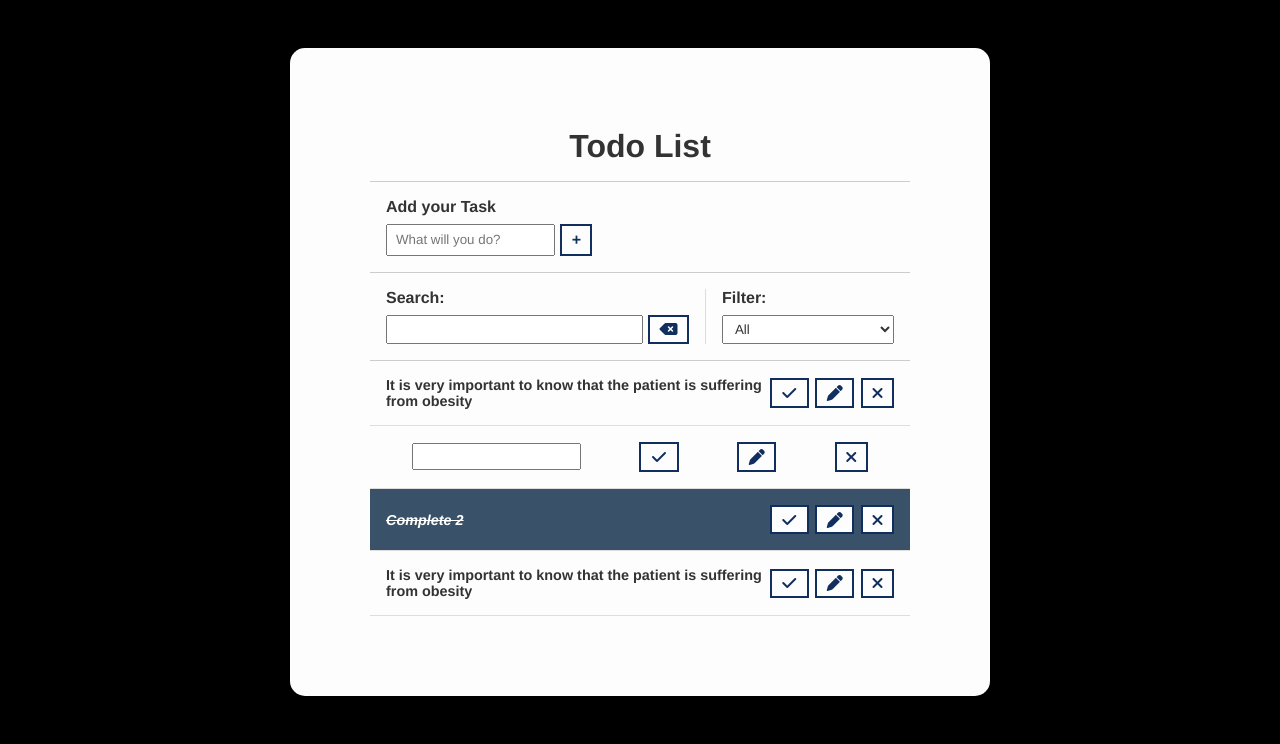
Repository: bek77g/todoList-vanillaJS
Page: index.html
The author's editor kept a copy of each file at every save. The page is drawn from the files as they stood at one save, then again after the next save.
The browser window is 1280 px wide. The pictures show the whole page.
Some web libraries are served in a nearby version.

Above is the page before, as saved 2023-01-23 20:29:03.

### index.html
<!DOCTYPE html>
<html lang="en">
  <head>
    <meta charset="UTF-8" />
    <meta http-equiv="X-UA-Compatible" content="IE=edge" />
    <meta name="viewport" content="width=device-width, initial-scale=1.0" />
    <title>TodoList JS</title>
    <link rel="stylesheet" href="src/css/style.css" />
  </head>
  <body>
    <link
      rel="stylesheet"
      href="https://cdnjs.cloudflare.com/ajax/libs/font-awesome/6.1.2/css/all.min.css"
      integrity="sha512-1sCRPdkRXhBV2PBLUdRb4tMg1w2YPf37qatUFeS7zlBy7jJI8Lf4VHwWfZZfpXtYSLy85pkm9GaYVYMfw5BC1A=="
      crossorigin="anonymous"
      referrerpolicy="no-referrer"
    />
    <div class="todo-container">
      <header>
        <h1>Todo List</h1>
      </header>
      <form id="todo-form">
        <p>Add your Task</p>
        <div class="form-control">
          <input type="text" id="todo-input" placeholder="What will you do?" />
          <button type="submit">
            <i class="fa-thin fa-plus"></i>
          </button>
        </div>
      </form>
      <div id="toolbar">
        <div id="search">
          <h4>Search:</h4>
          <form>
            <input type="text" id="search-input" />
            <button id="erase-button">
              <i class="fa-solid fa-delete-left"></i>
            </button>
          </form>
        </div>
        <div id="filter">
          <h4>Filter:</h4>
          <select id="filter-select">
            <option value="all">All</option>
            <option value="done">Done</option>
            <option value="todo">Todo</option>
          </select>
        </div>
      </div>
      <div id="todo-list">
        <!-- <div class="todo done">
          <h3>
            It is very important to know that the patient is suffering from
            obesity
          </h3>
          <button class="finish-todo">
            <i class="fa-solid fa-check"></i>
          </button>
          <button class="edit-todo">
            <i class="fa-solid fa-pen"></i>
          </button>
          <button class="remove-todo">
            <i class="fa-solid fa-xmark"></i>
          </button>
        </div> -->
      </div>
    </div>
    <script src="src/js/app.js"></script>
  </body>
</html>

### src/css/style.css
/*geral*/
* {
  padding: 0;
  margin: 0;
  font-family: Helvetica;
  color: #333;
  box-sizing: border-box;
}

body {
  background-color: black;
}

button {
  background-color: #fdfdfd;
  color: #102f5e;
  border: 2px solid #102f5e;
  padding: 0.3rem 0.6rem;
  font-size: 1rem;
  cursor: pointer;
  display: flex;
  justify-content: center;
  align-items: center;
  transition: 0.4s;
}

button:hover {
  background-color: #102f5e;
  color: #fff;
}

button:hover > i {
  color: #fff;
}

button i {
  color: #102f5e;
  font-weight: bold;
  pointer-events: none;
}

.remove-todo:hover {
  background-color: red;
}

input,
select {
  padding: 0.25rem 0.5rem;
}

.hide {
  display: none;
}

/*TODO HEADER*/

.todo-container {
  max-width: 700px;
  margin: 3rem auto;
  background-color: #fdfdfd;
  padding: 5rem;
  border-radius: 15px;
}

.todo-container header {
  text-align: center;
  padding: 0 1rem 1rem;
  border-bottom: 1px solid #ccc;
}

/* TODO FORM*/

#todo-form,
#edit-form {
  padding: 1rem;
  border-bottom: 1px solid #ccc;
}

#todo-form p,
#edit-form p {
  margin-bottom: 0.5rem;
  font-weight: bold;
}

.form-control {
  display: flex;
}

.form-control input {
  margin-right: 0.3rem;
}

#cancel-edit-btn {
  margin-top: 1rem;
}

/* TODO TOOLBAR */

#toolbar {
  padding: 1rem;
  border-bottom: 1px solid #ccc;
  display: flex;
}

#toolbar h4 {
  margin-bottom: 0.5rem;
}

#search {
  border-right: 1px solid #ddd;
  padding-right: 1rem;
  margin-right: 1rem;
  width: 65%;
  display: flex;
  flex-direction: column;
}

#search form {
  display: flex;
}

#search input {
  width: 100%;
  margin-right: 0.3rem;
}

#filter {
  width: 35%;
  display: flex;
  flex-direction: column;
}

#filter select {
  flex: 1;
}

/* TODO LIST */

.todo {
  display: flex;
  justify-content: space-around;
  align-items: center;
  padding: 1rem;
  border-bottom: 1px solid #ddd;
  transition: 0.3s;
}

.todo h3 {
  flex: 1;
  font-size: 0.9rem;
}

.todo button {
  margin-left: 0.4rem;
}

.todo input[type='text'] {
  width: 100%;
}

.done {
  background-color: #395169;
}

.done h3 {
  color: #fff;
  text-decoration: line-through;
  font-style: italic;
}

### src/js/app.js
let todoData = [
  {
    key: 1,
    text: 'It is very important to know that the patient is suffering from obesity ',
    isDone: false,
    isEditable: false,
  },
  {
    key: 2,
    text: 'Complete ',
    isDone: false,
    isEditable: true,
  },
  {
    key: 3,
    text: 'Complete 2',
    isDone: true,
    isEditable: false,
  },
  {
    key: 4,
    text: 'It is very important to know that the patient is suffering from obesity ',
    isDone: false,
    isEditable: false,
  },
];

let searchValue = '';
let filterValue = 'all';

//elements
const todoForm = document.querySelector('#todo-form');
const todoInput = document.querySelector('#todo-input');
const todoList = document.querySelector('#todo-list');
const searchInput = document.querySelector('#search-input');
const filterInput = document.querySelector('#filter-select');

const showTodosData = () => {
  todoList.innerHTML = '';
  todoData
    .filter((todo) =>
      todo.text.toLocaleLowerCase().includes(searchValue.toLocaleLowerCase())
    )
    .filter((el) => {
      if (filterValue === 'all') return el;
      if (filterValue === 'done' && el.isDone) return el;
      if (filterValue === 'todo' && !el.isDone) return el;
    })
    .forEach(({ key, text, isDone, isEditable }) => {
      todoList.innerHTML += `
        <div class="todo ${isDone ? 'done' : ''}">
          ${isEditable ? `<input />` : `<h3>${text}</h3>`}
          <button class="finish-todo">
            <i class="fa-solid fa-check"></i>
          </button>
          <button class="edit-todo">
            <i class="fa-solid fa-pen"></i>
          </button>
          <button class="remove-todo">
            <i class="fa-solid fa-xmark"></i>
          </button>
        </div>
    `;
    });
};

const addTodo = (text) => {
  let todoBody = {
    key: new Date().getTime(),
    text: text,
    isDone: false,
    isEditable: false,
  };
  todoData.push(todoBody);
  todoInput.value = '';
  todoInput.focus();
  showTodosData();
};

todoForm.addEventListener('submit', (e) => {
  e.preventDefault();
  const inputValue = todoInput.value;
  if (inputValue) {
    addTodo(inputValue);
  }
});

searchInput.addEventListener('input', (e) => {
  searchValue = e.target.value;
  showTodosData();
});
filterInput.addEventListener('input', (e) => {
  filterValue = e.target.value;
  showTodosData();
});

//Edit

showTodosData();

After the next save:
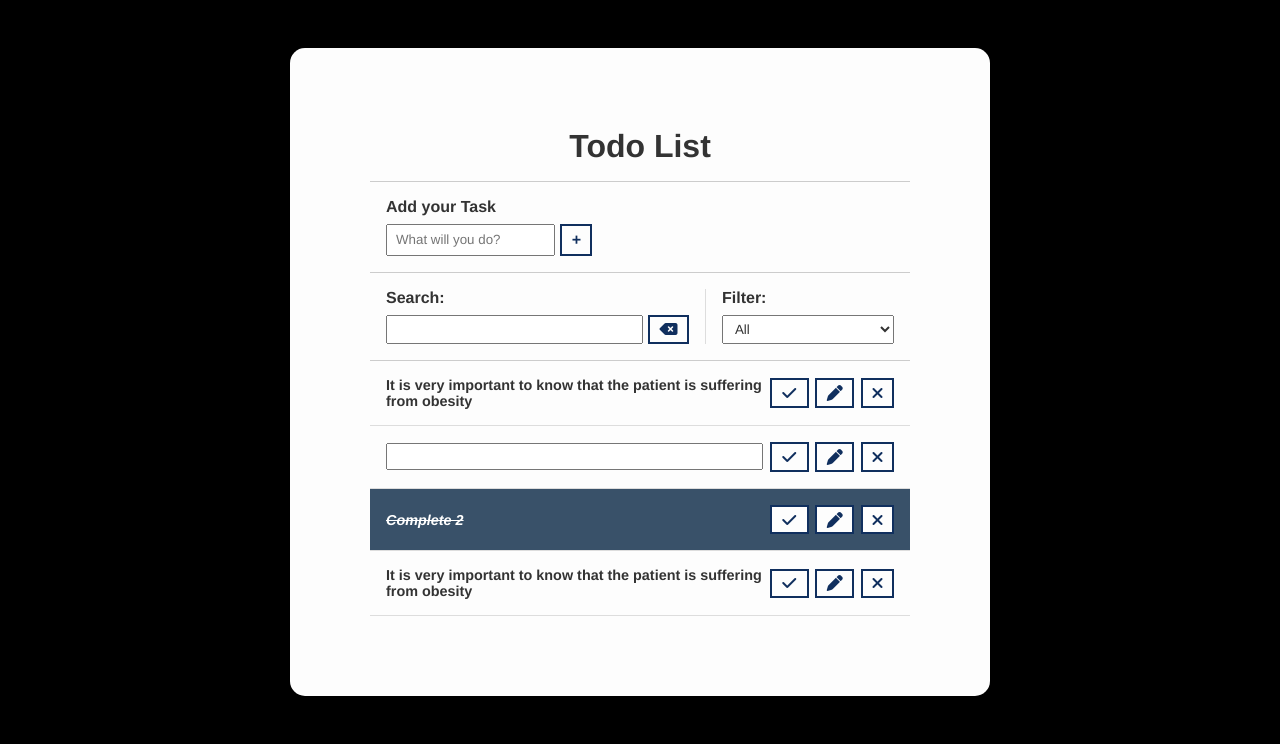
Saved 5 s later.
--- a/src/js/app.js
+++ b/src/js/app.js
@@ -49,7 +49,7 @@ const showTodosData = () => {
     .forEach(({ key, text, isDone, isEditable }) => {
       todoList.innerHTML += `
         <div class="todo ${isDone ? 'done' : ''}">
-          ${isEditable ? `<input />` : `<h3>${text}</h3>`}
+          ${isEditable ? `<input type="text"/>` : `<h3>${text}</h3>`}
           <button class="finish-todo">
             <i class="fa-solid fa-check"></i>
           </button>
